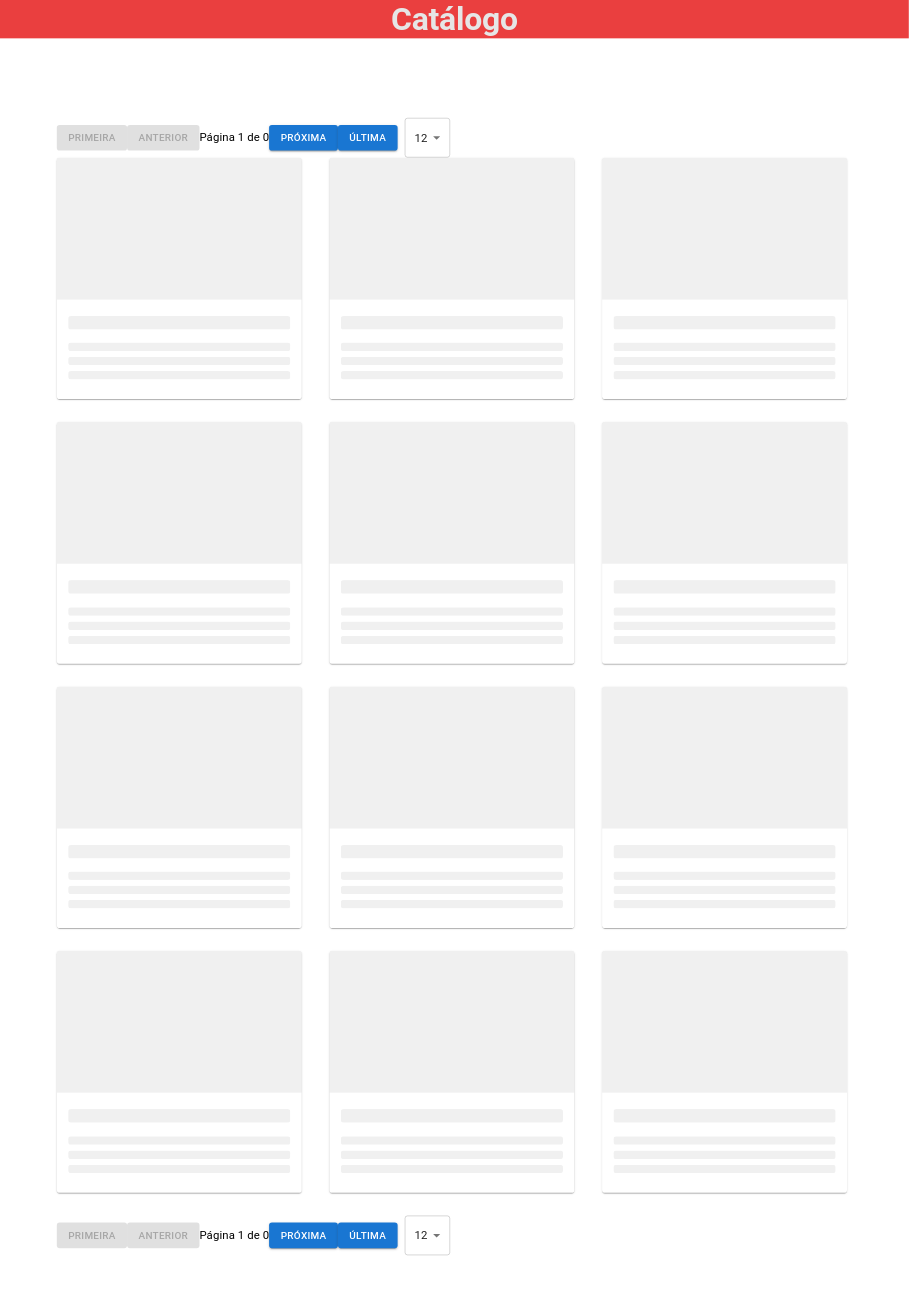
Repository: lenx0/PokeWiki-Front
Page: /
The author's editor kept a copy of each file at every save. The page is drawn from the files as they stood at one save, then again after the next save.
The browser window is 1280 px wide. The pictures show the whole page, at 71% of full size.
The page's requests for data from a server got no answer. The project was rebuilt for these pictures with package versions that can differ from the ones it lists, and the page was loaded fresh each time. The framework's server and built-in components were replaced by stand-ins that run in the browser. No one was signed in, and anything a server would have sent is missing. Also part of the build but not shown: next.config.mjs.

Above is the page before, as saved 2024-02-16 22:19:24.

After the next save:
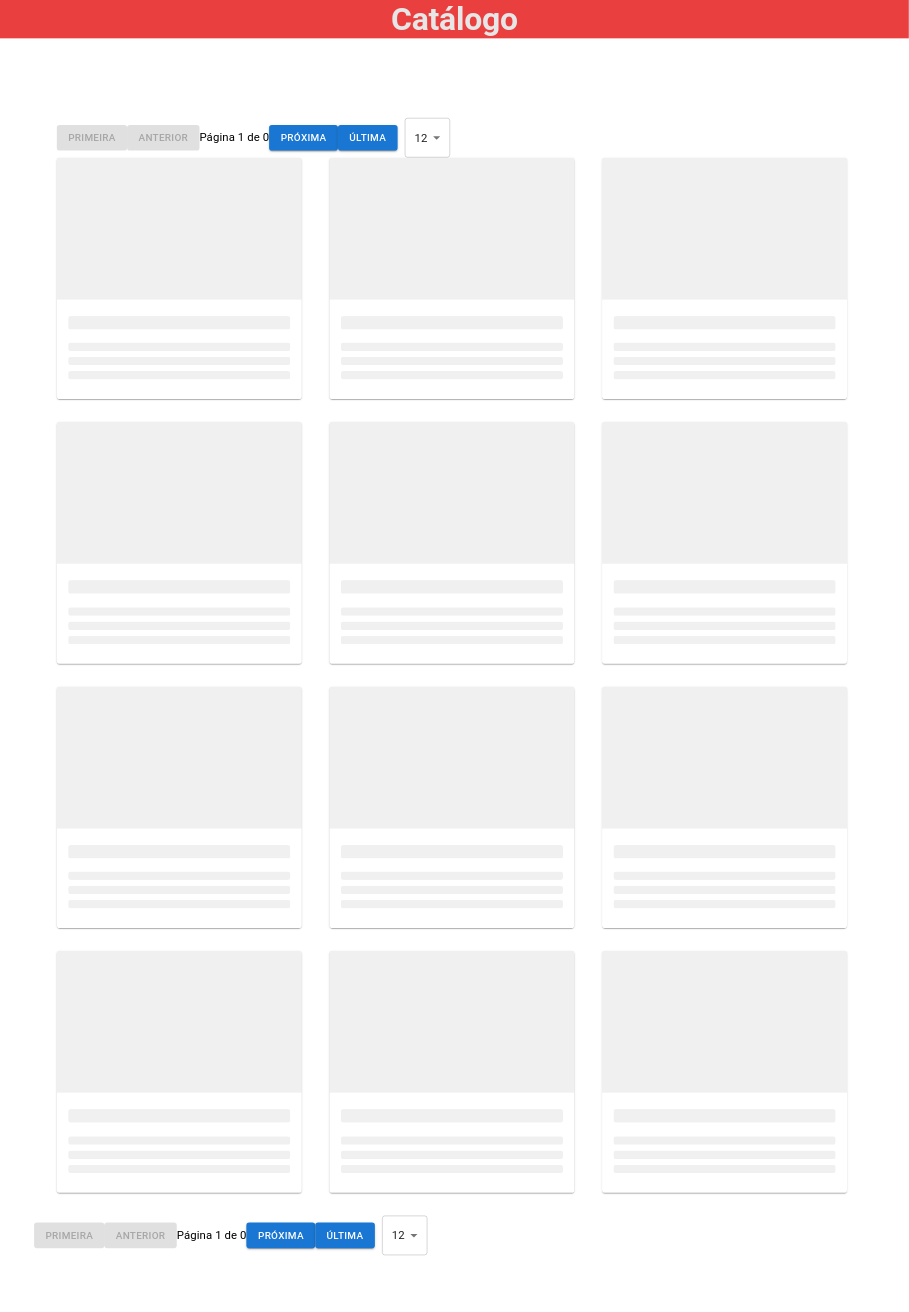
Saved 91 s later.
--- a/src/app/components/Cards/index.jsx
+++ b/src/app/components/Cards/index.jsx
@@ -163,14 +163,15 @@ export default function Cards() {
               </Card>
             </Grid>
           ))}
-      </Grid>
-      <Pagination
+          <Pagination
         page={page}
         totalPages={totalPages}
         setPage={setPage}
         itemsPerPage={itemsPerPage}
         setItemsPerPage={setItemsPerPage}
       />
+      </Grid>
+
     </>
   );
 }
